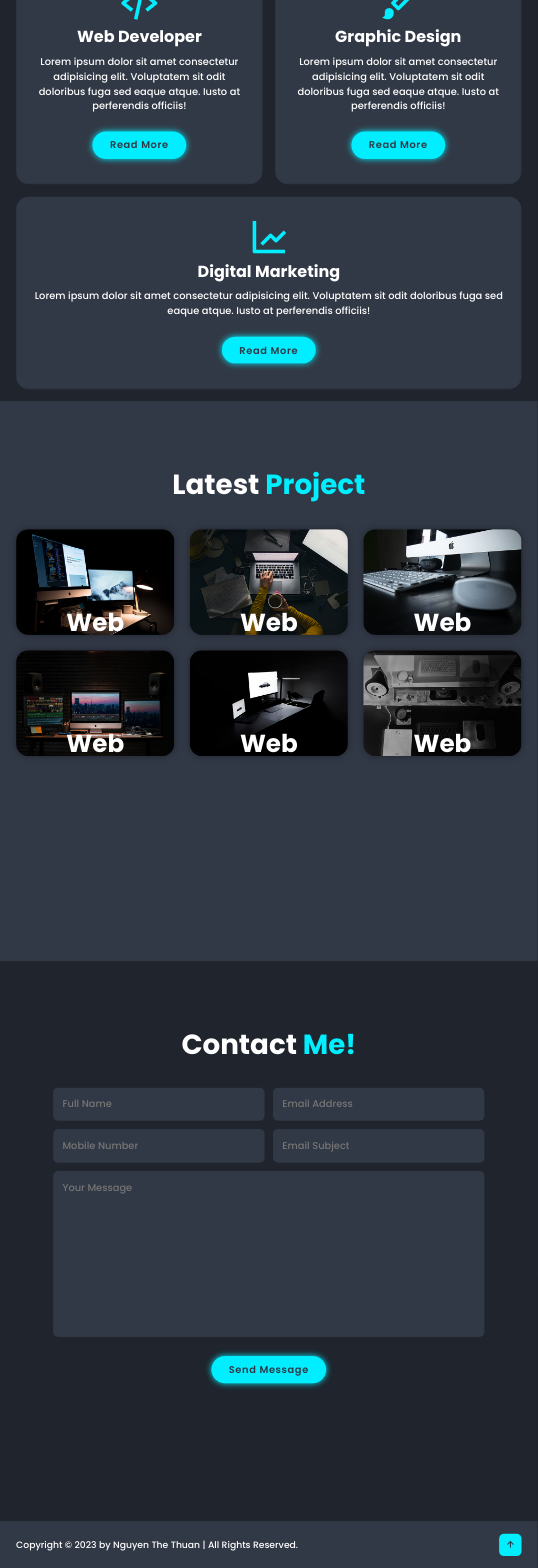
Repository: nguyenthethuan2004/portfolio
Page: index.html
These files come from the project's save history. The page is drawn as it stood at one moment and after the next save; the edit follows.
The browser window is 768 px wide. The pictures show the part of the page from y = 2170 to 4410 px (the page is 4410 px tall), at 70% of full size.

Above is the page before, as saved 2023-10-03 19:18:07.
Console error: ReferenceError: navbar is not defined

### index.html
<!DOCTYPE html>
<html lang="en">
  <head>
    <meta charset="UTF-8" />
    <meta name="viewport" content="width=device-width, initial-scale=1.0" />
    <title>Nguyen The Thuan</title>

    <!-- custom css -->

    <link rel="stylesheet" href="css/style.css" />

    <!-- box icon -->

    <link
      href="https://unpkg.com/boxicons@2.1.4/css/boxicons.min.css"
      rel="stylesheet"
    />
  </head>
  <body>

    <!-- header design -->

    <header class="header">
      <a href="#" class="logo" >Portfolio</a>

      <i class='bx bx-menu' id="menu-icon" ></i>

      <nav class="navbar">
        <a href="#home" class="active">Home</a>
        <a href="#about">About</a>
        <a href="#services">Services</a>
        <a href="#portfolio">Portfolio</a>
        <a href="#contact">Contact</a>
      </nav>
    </header>

    <!-- home setion design -->

    <section class="home" id="home">
      <div class="home-content">
        <h3>Hello, It's Me</h3>
        <h1>Nguyen The Thuan</h1>
        <h3>And I'm a <span>Fullstack Developer</span></h3>
        <p>
          Lorem ipsum dolor sit amet consectetur adipisicing elit. Repellat,
          modi? Quas sapiente blanditiis odit nam magni ad!
        </p>
        <div class="social-media">
          <a href=""><i class="bx bxl-facebook"></i></a>
          <a href=""><i class="bx bxl-github"></i></a>
          <a href=""><i class="bx bxl-linkedin"></i></a>
          <a href=""><i class="bx bxl-youtube"></i></a>
        </div>

        <a href="#" class="btn">Download CV</a>
      </div>

      <div class="home-img">
        <img
          src="Image/315543773_466116068957574_5528625686489521569_n (1).png" alt="Anh"
        />
      </div>
    </section>

    <!-- about section design -->

    <section class="about" id="about">
      <div class="about-img">
        <img src="Image/315543773_466116068957574_5528625686489521569_n (1).png" alt="">
      </div>
      <div class="about-content">
        <h2 class="heading">About <span>Me</span></h2>
        <h3>Graphic Design!</h3>
        <p>Lorem ipsum dolor sit amet consectetur adipisicing elit. Quaerat, nihil nemo quia aperiam voluptate iusto rerum commodi dicta animi accusantium ullam illum provident incidunt? Incidunt quas possimus quam tenetur. Eos expedita quis, nihil aperiam ab qui impedit sunt. Quam iusto dolorum voluptatum debitis in, delectus pariatur?</p>
        <a href="#" class="btn">Read More</a>
      </div>
    </section>

    <!-- services section design -->

    <section class="services" id="services">
      <h2 class="heading">Our <span>Services</span></h2>

      <div class="services-container">
        <div class="services-box">
          <i class='bx bx-code-alt'></i>
          <h3>Web Developer</h3>
          <p>Lorem ipsum dolor sit amet consectetur adipisicing elit. Voluptatem sit odit doloribus fuga sed eaque atque. Iusto at perferendis officiis!</p>
          <a href="#" class="btn">Read More</a>
        </div>

        <div class="services-box">
          <i class='bx bxs-paint' ></i>
          <h3>Graphic Design</h3>
          <p>Lorem ipsum dolor sit amet consectetur adipisicing elit. Voluptatem sit odit doloribus fuga sed eaque atque. Iusto at perferendis officiis!</p>
          <a href="#" class="btn">Read More</a>
        </div>

        <div class="services-box">
          <i class='bx bx-line-chart' ></i>
          <h3>Digital Marketing</h3>
          <p>Lorem ipsum dolor sit amet consectetur adipisicing elit. Voluptatem sit odit doloribus fuga sed eaque atque. Iusto at perferendis officiis!</p>
          <a href="#" class="btn">Read More</a>
        </div>
      </div>
    </section>

    <!-- portfolio section design -->

    <section class="portfolio" id="portfolio">
      <h2 class="heading">Latest <span>Project</span></h2>

      <div class="portfolio-container">
        <div class="portfolio-box">
          <img src="Image/1.jpg" alt="">
          <div class="portfolio-layer">
            <h4>Web Design</h4>
            <p>Lorem, ipsum dolor sit amet consectetur adipisicing elit. Accusamus, exercitationem?</p>
            <a href="#"><i class='bx bx-link-external' ></i></a>
          </div>
        </div>

        <div class="portfolio-box">
          <img src="Image/2.jpg" alt="">
          <div class="portfolio-layer">
            <h4>Web Design</h4>
            <p>Lorem, ipsum dolor sit amet consectetur adipisicing elit. Accusamus, exercitationem?</p>
            <a href="#"><i class='bx bx-link-external' ></i></a>
          </div>
        </div>

        <div class="portfolio-box">
          <img src="Image/3.jpg" alt="">
          <div class="portfolio-layer">
            <h4>Web Design</h4>
            <p>Lorem, ipsum dolor sit amet consectetur adipisicing elit. Accusamus, exercitationem?</p>
            <a href="#"><i class='bx bx-link-external' ></i></a>
          </div>
        </div>

        <div class="portfolio-box">
          <img src="Image/4.jpg" alt="">
          <div class="portfolio-layer">
            <h4>Web Design</h4>
            <p>Lorem, ipsum dolor sit amet consectetur adipisicing elit. Accusamus, exercitationem?</p>
            <a href="#"><i class='bx bx-link-external' ></i></a>
          </div>
        </div>

        <div class="portfolio-box">
          <img src="Image/5.jpg" alt="">
          <div class="portfolio-layer">
            <h4>Web Design</h4>
            <p>Lorem, ipsum dolor sit amet consectetur adipisicing elit. Accusamus, exercitationem?</p>
            <a href="#"><i class='bx bx-link-external' ></i></a>
          </div>
        </div>

        <div class="portfolio-box">
          <img src="Image/6.jpg" alt="">
          <div class="portfolio-layer">
            <h4>Web Design</h4>
            <p>Lorem, ipsum dolor sit amet consectetur adipisicing elit. Accusamus, exercitationem?</p>
            <a href="#"><i class='bx bx-link-external' ></i></a>
          </div>
        </div>
      </div>
    </section>

    <!-- contact section design -->

    <section class="contact" id="contact">
      <h2 class="heading">Contact <span>Me!</span></h2>

      <form action="#">
        <div class="input-box">
          <input type="text" placeholder="Full Name">
          <input type="email" placeholder="Email Address">
        </div>

        <div class="input-box">
          <input type="number" placeholder="Mobile Number">
          <input type="text" placeholder="Email Subject">
        </div>
        <textarea name="" id="" cols="30" rows="10" placeholder="Your Message"></textarea>
        <input type="submit" value="Send Message" class="btn">
      </form>
    </section>

    <!-- footer design -->
    <footer class="footer">
      <div class="footer-text">
        <p>Copyright &copy; 2023 by Nguyen The Thuan | All Rights Reserved.</p>
      </div>

      <div class="footer-iconTop">
        <a href="#home"><i class='bx bx-up-arrow-alt' ></i></a>
      </div>
    </footer>


          <!-- custom js -->
    <script src="js/script.js"></script>


  </body>
</html>

### css/style.css
    @import url('https://fonts.googleapis.com/css2?family=Poppins:ital,wght@0,300;0,500;0,600;0,700;0,800;0,900;1,300;1,400;1,500;1,600;1,700;1,800;1,900&display=swap');
* {
    margin: 0;
    padding: 0;
    box-sizing: border-box;
    text-decoration: none;
    border: none;
    outline: none;
    scroll-behavior:smooth;
    font-family: 'Poppins', sans-serif;
}

:root {
    --bg-color:#1f242d;
    --second-bg-color:#323946;
    --text-color:#fff;
    --main-color:#0ef;
}

html {
    font-size: 62.5%;
    overflow-x: hidden;
}

body {
    background: var(--bg-color);
    color: var(--text-color);
}

section {
    min-height: 100vh;
    padding: 10rem 9% 2rem;
}

.header {
    position: fixed;
    top: 0;
    left: 0;
    width: 100%;
    padding: 2rem 9%;
    background: var(--bg-color);
    display: flex;
    justify-content: space-between;
    align-items: center;
    z-index: 100;
}

.header .sticky {
    border-bottom:.1rem solid rgba(0, 0, 0,.2) ;
}

.logo {
    font-size: 2.5rem;
    color: var(--text-color);
    width: 600px;
    cursor: default;
}

.navbar a {
    font-size: 1.7rem;
    color: var(--text-color);
    margin-left: 4rem;
    transition: .3s;
}

.navbar a:hover,
.navbar a.active {
    color: var(--main-color);
}

#menu-icon {
    font-size: 3.6rem;
    color: var(--text-color);
    display: none;
}

.home {
    display: flex;
    justify-content: center;
    align-items: center;
}

.home-image {
    width: 32vw;
}

.home-content h3 {
    font-size: 3.2rem;
    font-weight: 700;
}


.home-content h3:nth-of-type(2) {
    margin-bottom: 2rem;
}

span {
    color: var(--main-color);
}

.home-content h1 {
    font-size: 5.6rem;
    font-weight: 700;
    line-height: 1.3;
}

.home-content p {
    font-size: 1.6rem;
}

.social-media a {
    display: inline-flex;
    justify-content: center;
    align-items: center;
    width: 4rem;
    height: 4rem;
    background: transparent;
    border: .2rem solid var(--main-color);
    border-radius: 50%;
    font-size: 2rem;
    color: var(--main-color);
    margin: 3rem 1.5rem 3rem 0;
    transition: .3s ease;
}
.social-media a:hover {
    background: var(--main-color);
    color: var(--second-bg-color);
    box-shadow: 0 0 1rem var(--main-color);
}

.btn {
    display: inline-block;
    padding: 1rem 2.8rem;
    background: var(--main-color);
    border-radius: 4rem;
    box-shadow: 0 0 1rem var(--main-color);
    font-size: 1.6rem;
    color: var(--second-bg-color);
    letter-spacing: .1rem;
    font-weight: 600;
    transition: .5s ease-in-out;
}

.btn:hover {
    box-shadow: none;

}

.about {
    display: flex;
    justify-content: center;
    align-items: center;
    gap: 2rem;
    background: var(--second-bg-color);
}

.about-img img {
    width: 35vw;
}

.heading {
    text-align: center;
    font-size: 4.5rem;
}

.about-content h2 {
    text-align: left;
    line-height: 1.2;
}

.about-content h3 {
    font-size:2.6rem;
}

.about-content p {
    font-size: 1.6rem;
    margin: 2rem 0 3rem 0;
}

.services h2 {
    margin-bottom: 5rem;
}

.services-container {
    display:flex;
    justify-content: center;
    align-items: center;
    flex-wrap: wrap;
    gap:2rem;
}

.services-container .services-box {
    flex: 1 1 30rem;
    background: var(--second-bg-color);
    padding: 3rem 2rem 4rem;
    border-radius: 2rem;
    text-align: center;
    border: .2rem solid var(--second-bg-color);
    transition: .5s ease;
}

.services-container .services-box:hover {
    border-color: var(--main-color);
    transform: scale(1.02);
}

.services-box i {
    font-size: 7rem;
    color: var(--main-color);
}

.services-box h3 {
    font-size: 2.6rem;
}

.services-box p {
    font-size: 1.6rem;
    margin: 1rem 0 3rem;
}

.portfolio {
    background:var(--second-bg-color) ;
}

.portfolio h2 {
    margin-bottom: 4rem;
}

.portfolio-container {
    display: grid;
    grid-template-columns: repeat(3, 1fr);
    align-items: center;
    gap: 2.5rem ;
}

.portfolio-container .portfolio-box {
    position: relative;
    border-radius: 2rem ;
    box-shadow: 0 0 1rem var(--bg-color);
    overflow: hidden;
    display: flex;
}

.portfolio-box img {
    width: 100%;
    transition: .5s ease;
}

.portfolio-box:hover img {
    transform: scale(1.1);
}

.portfolio-box .portfolio-layer {
    position: absolute;
    bottom: 0;
    left: 0;
    width: 100%;
    height: 100%;
    background: linear-gradient( rgba(0, 0, 0,.1), var(--main-color));
    display: flex;
    justify-content: center;
    align-items: center;
    flex-direction: column;
    text-align: center;
    padding: 0 4rem;
    transform: translateY(100%);
    transition: .5s ease;

}

.portfolio-box:hover .portfolio-layer {
    transform: translateY(0);

}

.portfolio-box .portfolio-layer h4 {
    font-size: 4rem;
}

.portfolio-layer p {
    font-size: 1.6rem;
    margin: .3rem 0 1rem 0;
}

.portfolio-layer a {
    display: inline-flex;
    justify-content: center;
    align-items: center;
    width: 3.7rem;
    height: 3.7rem;
    background:var(--text-color);
    border-radius: 50%;
}

.portfolio-layer a i {
    font-size: 2rem;
    color: var(--second-bg-color);
}

.contact h2 {
    margin-bottom: 3rem;
}

.contact form {
    max-width: 70rem;
    margin: 1rem auto;
    text-align: center;
    margin-bottom: 3rem;
}

.contact form .input-box {
    display: flex;
    justify-content: space-between;
    flex-wrap: wrap;
}

.contact form .input-box input,
.contact form textarea {
    width: 100%;
    padding: 1.5rem;
    font-size:1.6rem;
    color: var(--text-color);
    background: var(--second-bg-color);
    border-radius: .8rem;
    margin: .7rem 0;
}

.contact form .input-box input {
    width: 49%;
}

.contact form textarea {
    resize: none;
}

.contact form .btn {
     margin-top: 2rem;
     cursor: pointer;
}

.footer {
    display: flex;
    justify-content: space-between  ;
    align-items: center;
    flex-wrap: wrap;
    padding: 2rem 9%;
    background: var(--second-bg-color);
}

.footer-text {
    font-size: 1.5rem;
}

.footer-iconTop a {
    display: inline-flex;
    justify-content: center;
    align-items: center;
    padding: .8rem;
    background: var(--main-color);
    border-radius: .8rem;
    transition: .5s ease;
}

.footer-iconTop a:hover {
    box-shadow: 0 0 1rem var(--main-color);
}

.footer-iconTop a i {
    font-size: 2rem;
    color: var(--second-bg-color);
}

/* ---------------------------------BREAKPOINTS------------------------- */

@media (max-width:1200px) {
    html {
        font-size: 55%;
    }
}

@media (max-width:991px) {
    .header {
        padding: 2rem 3%;
    }

    section {
        padding: 10rem 3% 2rem;
    }



    .footer {
        padding: 2rem 3%;
    }
}

@media (max-width:768px) {
    #menu-icon{
        display: block;
    }

    .navbar {
        position:  absolute;
        top: 100%;
        left: 0;
        width: 100%;
        padding: 1rem 3%;
        background: var(--bg-color);
        border-top: .1rem solid rgba(0, 0, 0,.2);
        box-shadow: 0 0.5rem 1rem rgba(0, 0, 0,.2);
        display: none;
    }

    .navbar .active {
        display: block;
    }

    .navbar a {
        display:block;
        font-size: 2rem;
        margin: 3rem 0;

    }

    .home {
        flex-direction: column;
    }

    .home-content h3 {
        font-size: 2.6rem;
    }

    .home-content h1 {
        font-size: 5rem;
    }

    .home-img img {
        width: 70vw;
        margin-top: 4rem;
    }

    .about {
        flex-direction: column-reverse;
    }

    .about img {
        width: 70vw;
        margin-top: 4rem;
    }

    .services h2 {
        margin-bottom: 3rem;
    }
}

### js/script.js
/*========================= toggle icon navbar ========================*/

let menuIcon = document.querySelector('#menu-icon');
let navbarIcon = document.querySelector('.navbar');

menuIcon.onclick = () => {
    menuIcon.classList.toggle('bx-x');
    navbar.classList.toggle('active');
};

/*========================= scroll sections avtive link ========================*/

 let sections = document.querySelectorAll('section');
 let navLinks = document.querySelectorAll('header nav a');

 window.onscroll = () => {
    sections.forEach(sec => {
        let top = window.scrollY;
        let offset = sec.offsetTop - 150;
        let height = sec.offsetHeight;
        let id =  sec.getAttribute('id');

        if (top >= offset && top < offset + height) {
            navLinks.forEach(links => {
                links.classList.remove('active');
                document.querySelector('header nav a[href*=' + id + ']').classList.add('active');

            });
        };
    });
    /*========================= sticky navbar =========================*/

    let header = document.querySelector('header');

    header.classList.toggle('sticky', window.scrollY > 100);

    /*========================= remove toggle icon and navbar when click navbar links ========================*/
    menuIcon.classList.remove('bx-x');
    navbar.classList.remove('active');
};

After the next save:
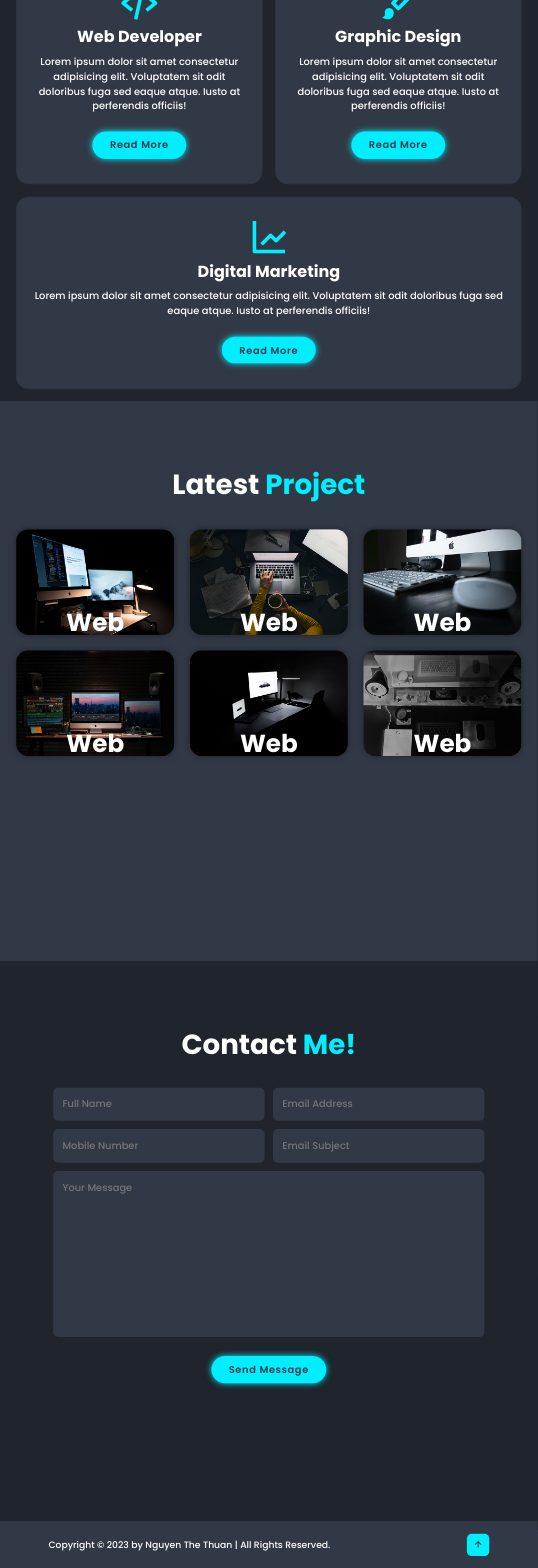
Saved 6 s later.
--- a/css/style.css
+++ b/css/style.css
@@ -387,7 +387,7 @@
         padding: 10rem 3% 2rem;
     }
 
-
+    .ser
 
     .footer {
         padding: 2rem 3%;

After the 3 saves that followed:
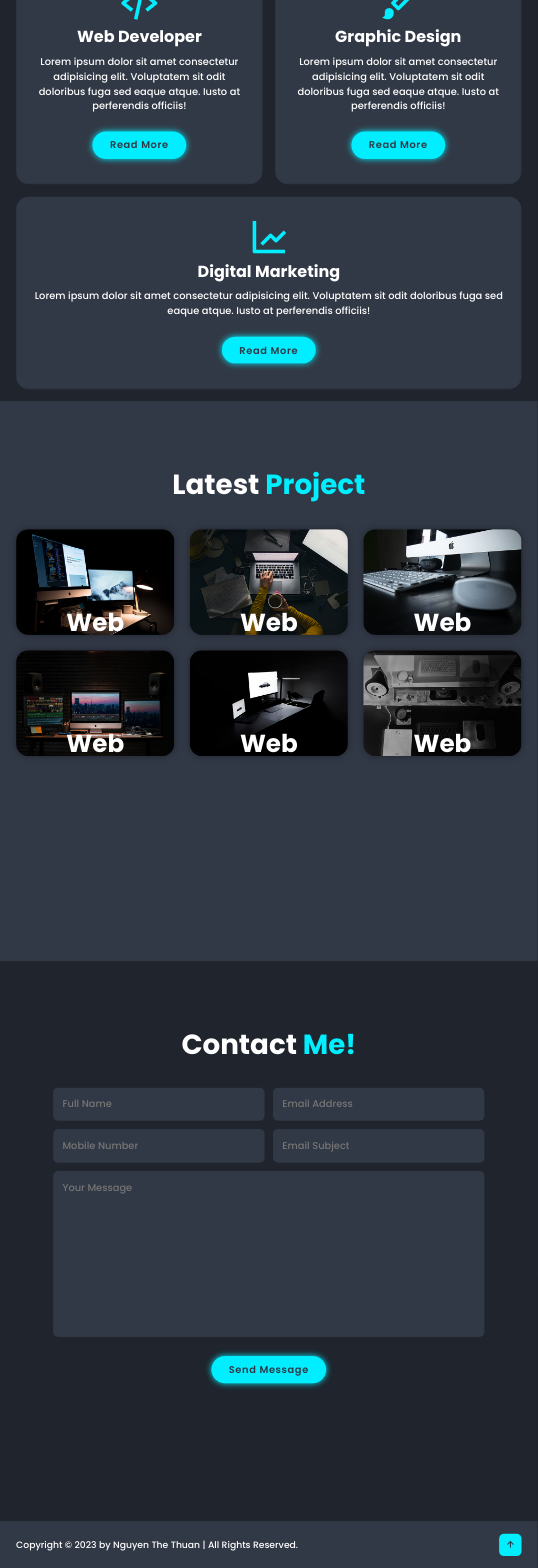
The 3 saves are shown as one change because they came seconds apart.
The last was saved 9 s later.
--- a/css/style.css
+++ b/css/style.css
@@ -387,7 +387,9 @@
         padding: 10rem 3% 2rem;
     }
 
-    .ser
+    .services {
+
+    }
 
     .footer {
         padding: 2rem 3%;
